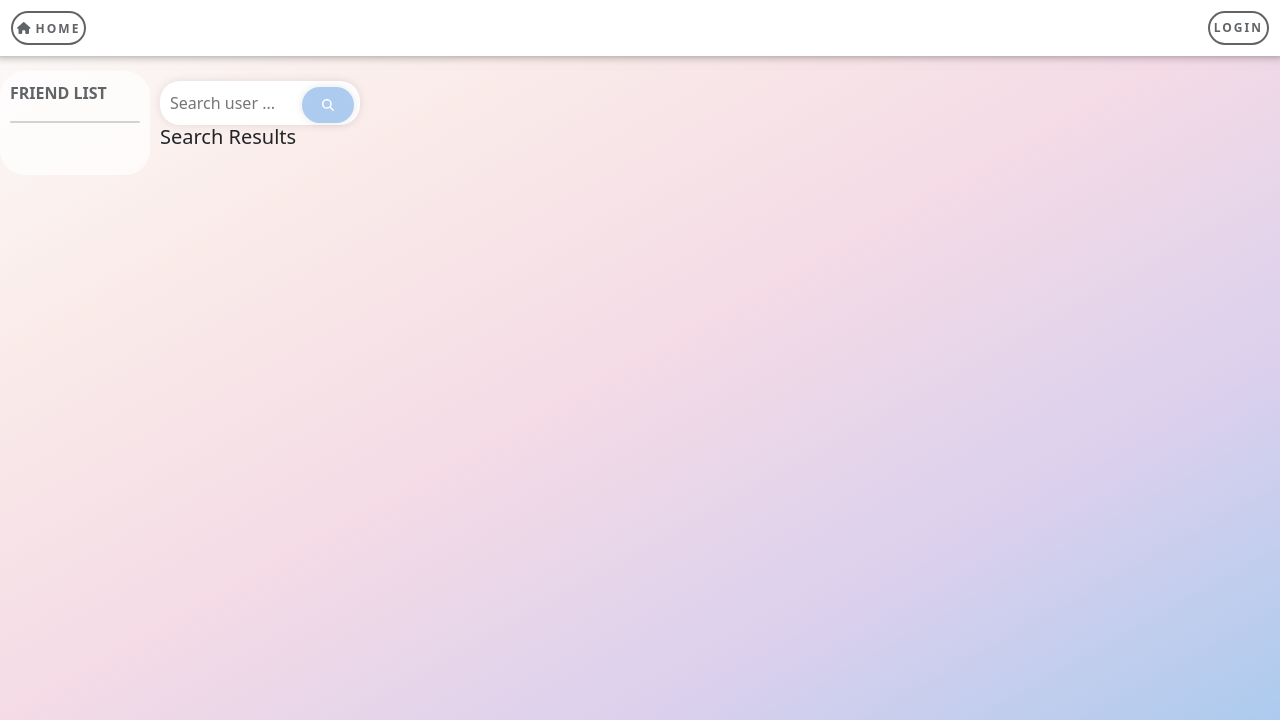
Repository: tracycheung98/Social-Media-Website
Page: /search
An editor plug-in stored every save of this project. The page is shown before and after a run of saves, followed by the edit.
The browser window is 1280 px wide. The pictures show the whole page.
The page's requests for data from a server got no answer. The project was rebuilt for these pictures with package versions that can differ from the ones it lists, and the page was loaded fresh each time. No one was signed in, and anything a server would have sent is missing. Also part of the build but not shown: src/components/Signin.js, src/components/Upload.js, src/components/Posts.js, src/components/Home.js, src/components/Register.js, src/components/FollowButton.js.

Above is the page before, as saved 2023-11-27 16:17:25.

### public/index.html
<!DOCTYPE html>
<html lang="en">
  <head>
    <meta charset="utf-8" />
    <link rel="icon" href="%PUBLIC_URL%/favicon.ico" />
    <meta name="viewport" content="width=device-width, initial-scale=1" />
    <meta name="theme-color" content="#000000" />
    <meta
      name="description"
      content="Web site created using create-react-app"
    />
    <link rel="apple-touch-icon" href="%PUBLIC_URL%/logo192.png" />
    <!--
      manifest.json provides metadata used when your web app is installed on a
      user's mobile device or desktop. See https://developers.google.com/web/fundamentals/web-app-manifest/
    -->
    <link rel="manifest" href="%PUBLIC_URL%/manifest.json" />
    <!--
      Notice the use of %PUBLIC_URL% in the tags above.
      It will be replaced with the URL of the `public` folder during the build.
      Only files inside the `public` folder can be referenced from the HTML.

      Unlike "/favicon.ico" or "favicon.ico", "%PUBLIC_URL%/favicon.ico" will
      work correctly both with client-side routing and a non-root public URL.
      Learn how to configure a non-root public URL by running `npm run build`.
    -->
    <title>Social Media Website</title>
  </head>
  <body>
    <noscript>You need to enable JavaScript to run this app.</noscript>
    <div id="root"></div>
    <!--
      This HTML file is a template.
      If you open it directly in the browser, you will see an empty page.

      You can add webfonts, meta tags, or analytics to this file.
      The build step will place the bundled scripts into the <body> tag.

      To begin the development, run `npm start` or `yarn start`.
      To create a production bundle, use `npm run build` or `yarn build`.
    -->
  </body>
</html>

### src/index.js
import React from 'react';
import ReactDOM from 'react-dom/client';
import './index.css';
import 'bootstrap/dist/css/bootstrap.min.css';

// import 'bootstrap/dist/js/bootstrap.bundle.min';

import App from './App';

const root = ReactDOM.createRoot(document.getElementById('root'));
root.render(
  <div className='root'>
    <App />

  </div>

);

### src/index.css

body {
  margin: 0;
  min-height: 100vh;
  min-width: 100vw;
  font-family: -apple-system, BlinkMacSystemFont, 'Segoe UI', 'Roboto', 'Oxygen',
    'Ubuntu', 'Cantarell', 'Fira Sans', 'Droid Sans', 'Helvetica Neue',
    sans-serif;
  -webkit-font-smoothing: antialiased;
  -moz-osx-font-smoothing: grayscale;
  background-image: linear-gradient(to left top, #accbee, #dbd0ed, #f4dbe6, #faebe9, #fcfbfa);
  background-repeat: no-repeat;
}

code {
  font-family: source-code-pro, Menlo, Monaco, Consolas, 'Courier New',
    monospace;
}

### src/App.js
import React from "react";
import { BrowserRouter as Router, Route, Routes } from 'react-router-dom'
import SignIn from './components/Signin';
import Home from './components/Home';
import Register from './components/Register'
import SearchResult from './components/SearchResult'
import { ToastContainer } from 'react-toastify';
import 'react-toastify/dist/ReactToastify.css';

const App = () => {

  return (
    <Router>
      <Routes>
        <Route path='/' element={<Home/>} />
        <Route path='/Social-Media-Website' element={<Home/>} />
        <Route path="/signin" element={<SignIn/>} />
        <Route path="/register" element={<Register/>} />
        <Route path="/search" element={<SearchResult />} />
      </Routes>
      <ToastContainer />
  </Router>
  );
};

export default App;

### src/components/SearchResult.js
import React, { useEffect, useState } from "react";
import { auth, firestore } from '../firebase.config';
import { doc, getDoc } from "firebase/firestore";
import { useLocation } from "react-router-dom";
import './general.css'
import './search.css'
import Navbar from './Navbar';
import Search from "./Search";
import Friends from "./Friends";

import FollowButton from "./FollowButton";


export default function SearchResult() {
    const { state } = useLocation();
    const searchResults = state ? state.searchResults : [];
    console.log("searchResults",searchResults)
    const [userId, setUserId] = useState("");
    const [isLoggedIn, setIsLoggedIn] = useState(false);
    const [friendList, setFriendList] = useState([]);

    useEffect(() => {
        const unsubscribe = auth.onAuthStateChanged((user) => {
            if (user) {

                setUserId(user.uid);
                setIsLoggedIn(true);
                const userRef = doc(firestore, 'users', user.uid);

                // console.log(userRef)
                getDoc(userRef).then((docSnap) => {
                    if (docSnap.exists()) {
                        // console.log("Document data:", docSnap.data());
                        setFriendList(docSnap.data().friend || []); // Use default empty array if 'friend' is not present
                    } else {
                        console.log("No such document!");
                    }
                }).catch((error) => {
                    console.log("Error getting document:", error);
                });
            } else {
                // User is signed out
                setFriendList([]);
                setIsLoggedIn(false);
            }
        });

        return () => unsubscribe();
    }, []);

    const isFriend = (friendId) => {
        return friendList && friendList.some(el => el.id === friendId);
    };

    return (
        <div className="home">
            <Navbar isLoggedIn={isLoggedIn} />
            <Friends friendList={friendList} />
            <div className="main">
                <Search />
                <h5>Search Results</h5>
                {searchResults ?(
                    <ul>
                        {searchResults.map((result) => (
                            <li key={result.id}>
                                <p>{result.displayName}</p>
                                {result.id === userId ? (
                                    null
                                ) : (
                                    isLoggedIn ? (
                                        isFriend(result.id) ? (
                                            <button className="button" disabled>Already a friend</button>
                                        ) : (
                                            <FollowButton
                                                userId={userId}
                                                friend={result}
                                            />
                                        )
                                    ) : (
                                        <button className="button" disabled>Sign in to add friend</button>
                                    ))}
                            </li>
                        ))}
                    </ul>
                )
            :(<p>No users found.</p>)}
            </div>
        </div>
    );
};

### src/components/signin.css
a {
    text-decoration: none;
  }

label {
    font-family: "Raleway", sans-serif;
    font-size: 11pt;
  }

  #card {
    background: #fbfbfb;
    border-radius: 8px;
    box-shadow: 1px 2px 8px rgba(0, 0, 0, 0.65);
    height: 410px;
    margin: 6rem auto 8.1rem auto;
    width: 329px;
  }
  #card-content {
    padding: 12px 44px;
  }

  #card-title {
    font-family: "Raleway Thin", sans-serif;
    letter-spacing: 4px;
    padding-bottom: 23px;
    padding-top: 13px;
    text-align: center;
  }
  #signup {
    color: #74abea;
    font-family: "Raleway", sans-serif;
    font-size: 10pt;
    margin-top: 16px;
    text-align: center;
  }
  #submit-btn {
    background: -webkit-linear-gradient(right, #ffb5d5, #74abea);
    border: none;
    border-radius: 21px;
    box-shadow: 0px 1px 8px #74abea;
    cursor: pointer;
    color: white;
    font-family: "Raleway SemiBold", sans-serif;
    height: 42.3px;
    margin: 0 auto;
    margin-top: 50px;
    transition: 0.25s;
    width: 153px;
  }
  #submit-btn:hover {
    box-shadow: 0px 1px 18px #74abea;
  }

  #user-email-label{
    padding-top:13px;
  }

  #user-password-label{
    padding-top:22px;
  }

  .form {
    align-items: left;
    display: flex;
    flex-direction: column;
  }
  .form-border {
    background: -webkit-linear-gradient(right, #ffb5d5, #74abea);
    height: 1px;
    width: 100%;
  }
  .form-content {
    background: #fbfbfb;
    border: none;
    outline: none;
    padding-top: 14px;
  }
  .underline-title {
    background: -webkit-linear-gradient(right, #ffb5d5, #74abea);
    height: 2px;
    margin: 0 auto 0 auto;
    width: 89px;
  }

### src/firebase.config.js
import { getApps, initializeApp } from "firebase/app";
import { getAuth } from 'firebase/auth';
import { getFirestore } from 'firebase/firestore';

const firebaseConfig = {
    apiKey:process.env.REACT_APP_FIREBASE_API_KEY,
    authDomain:process.env.REACT_APP_FIREBASE_AUTH_DOMAIN,
    databaseURL:process.env.REACT_APP_FIREBASE_DATABASE_URL,
    projectId:process.env.REACT_APP_FIREBASE_PROJECT_ID,
    storageBucket:process.env.REACT_APP_FIREBASE_STORAGE_BUCKET,
    messagingSenderId:process.env.REACT_APP_FIREBASE_MESSAGING_SENDER_ID,
    appId:process.env.REACT_APP_FIREBASE_APP_ID,
    measurementId:process.env.REACT_APP_FIREBASE_MEASUREMENT_ID
  };

const app = getApps().length === 0 ? initializeApp(firebaseConfig) : getApps()[0];

if (getApps().length > 0) {
  console.log('Firebase is initialized.');
} else {
  console.log('Firebase is not initialized.');
}

const auth = getAuth(app);
const firestore = getFirestore(app);

export { auth, firestore };

### src/components/general.css
.home {
  display: grid;
  grid-template-rows: auto auto;
  grid-template-columns: 150px auto;
}

.navbar {
  background-color: white;
  grid-row: 1/2;
  grid-column: 1/3;
  width: 100%;
  padding: 10px;
  display: flex;
  justify-content: space-between;
  position: sticky;
  top: 0;
  box-shadow: 0 -6px 10px 5px rgba(0, 0, 0, 0.5);
  z-index: 999;
  margin-bottom: 15px;

}


.search {
  min-width: max-content;
}

.tab-content {
  background-color: rgba(255, 255, 255, 0.7);
  padding: 10px;
  border-radius: 0 0 15px 15px;
}

.main {
  /* background-color:rgb(183, 224, 240); */
  grid-row: 2/3;
  grid-column: 2/3;
  padding: 10px;
  overflow: scroll;
  /* Hide scrollbar for IE, Edge and Firefox */
  -ms-overflow-style: none;
  /* IE and Edge */
  scrollbar-width: none;
  /* Firefox */
}

/* Hide scrollbar for Chrome, Safari and Opera */
.main::-webkit-scrollbar {
  display: none;
}

.friends {
  background-color: rgba(255, 255, 255, 0.7);
  grid-row: 2/3;
  grid-column: 1/2;
  width: 100%;
  height: 100%;
  padding: 10px;
  border-radius: 25px;
}


.navButton {
  display: inline-block;
  outline: none;
  cursor: pointer;
  font-size: 12px;
  line-height: 1;
  border-radius: 500px;
  transition-property: background-color, border-color, color, box-shadow, filter;
  transition-duration: .3s;
  border: 1px solid transparent;
  letter-spacing: 2px;
  min-width: fit-content;
  text-transform: uppercase;
  white-space: normal;
  font-weight: 700;
  text-align: center;
  /* padding: 16px 14px 18px; */
  color: #616467;
  box-shadow: inset 0 0 0 2px #616467;
  background-color: transparent;
  height: 36px;
  min-height: fit-content;
}

.navButton:hover {
  color: #fff;
  background-color: #616467;
}

.button {
  display: inline-block;
  outline: none;
  cursor: pointer;
  font-size: 12px;
  line-height: 1;
  border-radius: 500px;
  transition-property: background-color, border-color, color, box-shadow, filter;
  transition-duration: .3s;
  border: 1px solid transparent;
  letter-spacing: 2px;
  min-width: fit-content;
  text-transform: uppercase;
  white-space: normal;
  font-weight: 700;
  text-align: center;
  /* padding: 17px 48px; */
  color: #fff;
  background-color: #accbee;
  height: 36px;
  min-height: fit-content;
  margin: 0.5em;
}


.button:hover {
  transform: scale(1.04);
  background-color: #74abea;
}

.button:disabled {
  transform: scale(1.04);
  background-color: #616467;
  cursor: not-allowed;

}

@media (max-width: 768px) {
  .home {
    display: grid;
    grid-template-rows: auto auto auto;
    grid-template-columns: 1fr;
  }

  .navbar {
    grid-row: 1/2;
    grid-column: 1/2;
  }

  .meun {
    grid-row: 2/3;
    grid-column: 1/2;
    padding: 0px;
    background-color:transparent;
    display: flex;
    justify-content: space-between;
    flex-wrap: wrap;
  }

  .main {
    grid-row: 3/4;
    grid-column: 1/2;
  }

}

### src/components/home.css
/* Post css */
.nav-tabs, .nav-link{
  color: #74abea;
}

.nav-tabs .nav-item.show .nav-link, .nav-tabs .nav-link.active{
  color: #4a94e9;
}

.posts {
  display: flex;
  flex-wrap: wrap;
  justify-content: space-between;
  gap: 10px 20px;
}

.upload{
  display:flex;
  gap: 1rem;
  flex-wrap: wrap;
  justify-content: space-between;
}

.upload-form{
  margin: 1em;
}

.titles{
  text-transform: uppercase;
  font-weight: 700;
  color: #616467;
  background-color: transparent;
}

.posts .card {
  width: 18rem;
  max-height: 36rem;
  height: fit-content;
  border-radius: 0%;
}

.posts .card-img {
  border-radius: 0%;
}

.posts .card-body {
  overflow: auto;
}

.postUser {
  font-weight: bolder;
  color: #4a94e9;
}

.postTime {
  font-family: "Lucida Console", "Courier New", monospace;
  font-size: small;
}

.upload-preview .card{
  width: 18rem;
  max-height: 36rem;
  height: fit-content;
  border-radius: 0%;
}
.upload-preview .card-img {
  border-radius: 0%;
}

.upload-preview .card-body {
  overflow: auto;
}


.searchBar {
  display: inline-block;
  position: relative;
}

.searchBar input[type="text"] {
  width: 200px;
  padding: 10px;
  border: none;
  border-radius: 20px;
  box-shadow: 0 0 10px rgba(0, 0, 0, 0.1);
}

.searchBar button[type="submit"] {
  background-color: #accbee;
  border: none;
  color: #fff;
  cursor: pointer;
  padding: 10px 20px;
  border-radius: 20px;
  box-shadow: 0 0 10px rgba(0, 0, 0, 0.1);
  position: absolute;
  top: 0;
  right: 0;
  transition: .9s ease;
}

.searchBar button[type="submit"]:hover {
  transform: scale(1.1);
  color: rgb(255, 255, 255);
  background-color: #74abea;
}

### src/components/Navbar.js
import React from "react";
import { Link, useNavigate } from 'react-router-dom';
import { auth } from '../firebase.config';
import { FontAwesomeIcon } from '@fortawesome/react-fontawesome';
import { faHouse } from '@fortawesome/free-solid-svg-icons'

export default function Navbar(props) {
    const navigate = useNavigate();

    const handleLogout = () => {

        auth.signOut()
            .then(() => {
                navigate('/');
            })
            .catch((error) => {
                console.error('Logout error:', error);
            });
    };

    return (<div className="navbar">

            <Link to="/">
                <button className="navButton">
                    <FontAwesomeIcon icon={faHouse} /> Home
                </button>
            </Link>

            {props.isLoggedIn ? (
                <button className="navButton" onClick={handleLogout}>Logout</button>
            ) : (
                <Link to="/signin">
                    <button className="navButton">Login</button>
                </Link>
            )
            }
    </div>);
};

### src/components/Search.js
import React, { useState } from "react";
import { useNavigate } from "react-router-dom";
import 'firebase/compat/auth';
import { firestore } from '../firebase.config';
import { collection, query, where, getDocs } from 'firebase/firestore';
import { FontAwesomeIcon } from '@fortawesome/react-fontawesome';
import {faMagnifyingGlass} from '@fortawesome/free-solid-svg-icons'

export default function Search() {
    const navigate = useNavigate();
    const [searchTerm, setSearchTerm] = useState("");
    const [searchResults, setSearchResults] = useState([]);

    const handleSearchTermChange = (event) => {
        setSearchTerm(event.target.value);
    };

    const searchUsersByDisplayName = async (displayName) => {
        try {
            const q = query(collection(firestore, 'users'), where('displayName', '==', displayName));
            const querySnapshot = await getDocs(q);

            const users = [];
            querySnapshot.forEach((doc) => {
                users.push({ id: doc.id, ...doc.data() });
            });

            return users;
        } catch (error) {
            console.error('Error searching users:', error);
            throw error;
        }
    };

    const handleSearch = async () => {
        const results = await searchUsersByDisplayName(searchTerm);

        if (results.length === 0) {
            setSearchResults([]);
            console.log('No users found.');
            navigate("/search", { state: { searchResults: results } });

        } else {
            console.log('Users found.');
            setSearchResults(results);
            navigate("/search", { state: { searchResults: results } });
        }
    };

    return (
            <div className="searchBar">
                <input type="text" placeholder="Search user ..." value={searchTerm} onChange={handleSearchTermChange} />
                <button className="button" type="submit" onClick={handleSearch}>
                <FontAwesomeIcon icon={faMagnifyingGlass} />
                </button>
            </div>
    );
};

### src/components/register.css
a {
    text-decoration: none;
  }

label {
    font-family: "Raleway", sans-serif;
    font-size: 11pt;
  }

  #card {
    background: #fbfbfb;
    border-radius: 8px;
    box-shadow: 1px 2px 8px rgba(0, 0, 0, 0.65);
    height: 460px;
    margin: 6rem auto 8.1rem auto;
    width: 329px;
  }
  #card-content {
    padding: 12px 44px;
  }
  #card-title {
    font-family: "Raleway Thin", sans-serif;
    letter-spacing: 4px;
    padding-bottom: 23px;
    padding-top: 13px;
    text-align: center;
  }
  #signup {
    color: #74abea;
    font-family: "Raleway", sans-serif;
    font-size: 10pt;
    margin-top: 16px;
    text-align: center;
  }
  #submit-btn {
    background: -webkit-linear-gradient(right, #ffb5d5, #74abea);
    border: none;
    border-radius: 21px;
    box-shadow: 0px 1px 8px #74abea;
    cursor: pointer;
    color: white;
    font-family: "Raleway SemiBold", sans-serif;
    height: 42.3px;
    margin: 0 auto;
    margin-top: 50px;
    transition: 0.25s;
    width: 153px;
  }
  #submit-btn:hover {
    box-shadow: 0px 1px 18px #74abea;
  }

  #user-username-label{
    padding-top:13px;
  }

  #user-email-label, #user-password-label{
    padding-top:22px;
  }

  .form {
    align-items: left;
    display: flex;
    flex-direction: column;
  }
  .form-border {
    background: -webkit-linear-gradient(right, #ffb5d5, #74abea);
    height: 1px;
    width: 100%;
  }
  .form-content {
    background: #fbfbfb;
    border: none;
    outline: none;
    padding-top: 14px;
  }
  .underline-title {
    background: -webkit-linear-gradient(right, #ffb5d5, #74abea);
    height: 2px;
    margin: 0 auto 0 auto;
    width: 89px;
  }

### src/components/search.css
/* search result css */
.button {
    display: inline-block;
    outline: none;
    cursor: pointer;
    font-size: 12px;
    line-height: 1;
    border-radius: 500px;
    transition-property: background-color, border-color, color, box-shadow, filter;
    transition-duration: .3s;
    border: 1px solid transparent;
    letter-spacing: 2px;
    min-width: fit-content;
    text-transform: uppercase;
    white-space: normal;
    font-weight: 700;
    text-align: center;
    /* padding: 17px 48px; */
    color: #fff;
    background-color: #accbee;
    height: 36px;
    min-height: fit-content;
    margin: 0.5em;
}


.button:hover {
    transform: scale(1.04);
    background-color: #74abea;
}

.button:disabled {
    transform: scale(1.04);
    background-color: #616467;
    cursor: not-allowed;

}

Loaded but not shown: src/components/Friends.js (73 lines, source omitted)

After the next 3 saves:
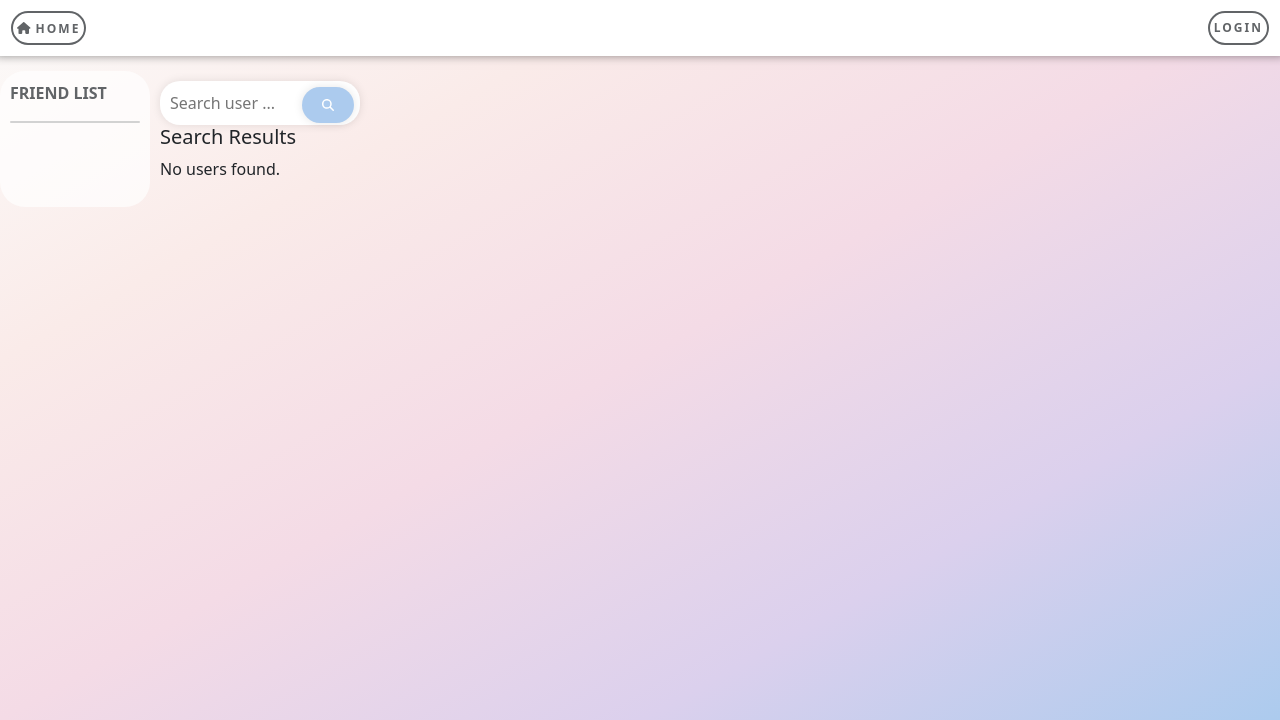
The 3 saves are shown as one change because they came seconds apart.
The last was saved 2 min 9 s later.
--- a/src/components/SearchResult.js
+++ b/src/components/SearchResult.js
@@ -59,7 +59,7 @@
             <div className="main">
                 <Search />
                 <h5>Search Results</h5>
-                {searchResults ?(
+                {searchResults.leng ?(
                     <ul>
                         {searchResults.map((result) => (
                             <li key={result.id}>

After the save that followed:
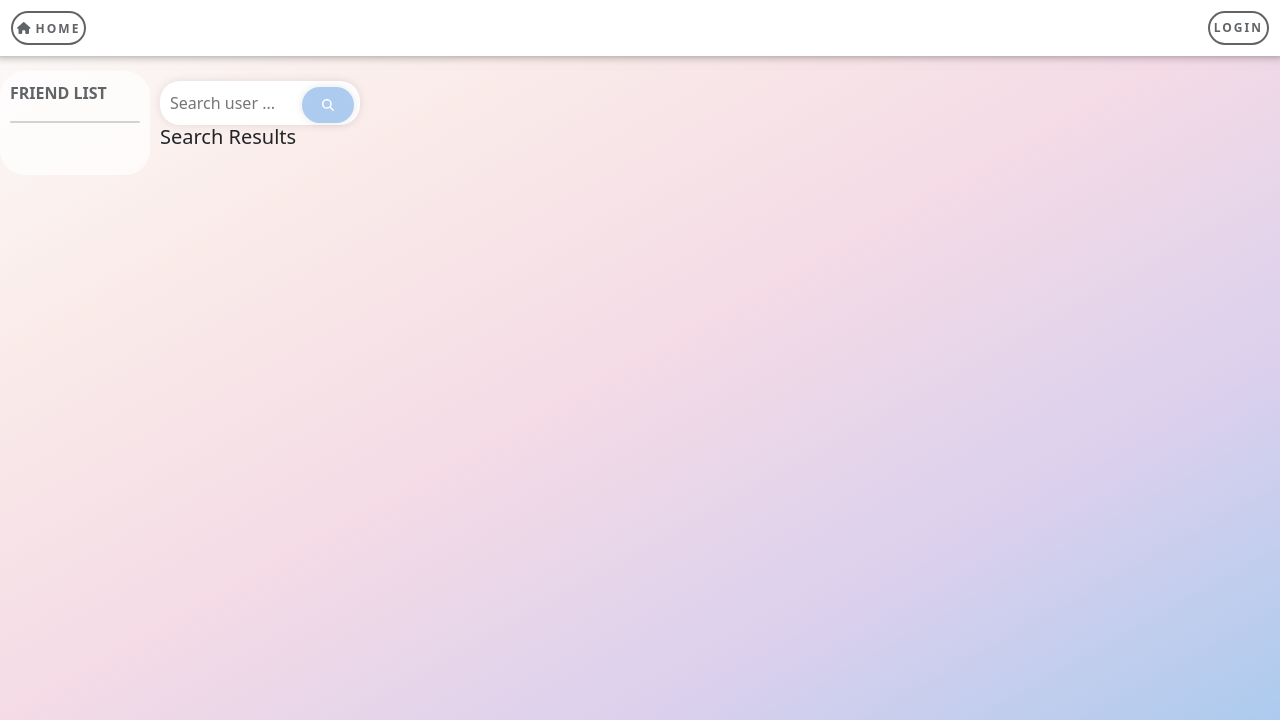
Saved 7 s later.
--- a/src/components/SearchResult.js
+++ b/src/components/SearchResult.js
@@ -59,7 +59,7 @@
             <div className="main">
                 <Search />
                 <h5>Search Results</h5>
-                {searchResults.leng ?(
+                {searchResults ?(
                     <ul>
                         {searchResults.map((result) => (
                             <li key={result.id}>
